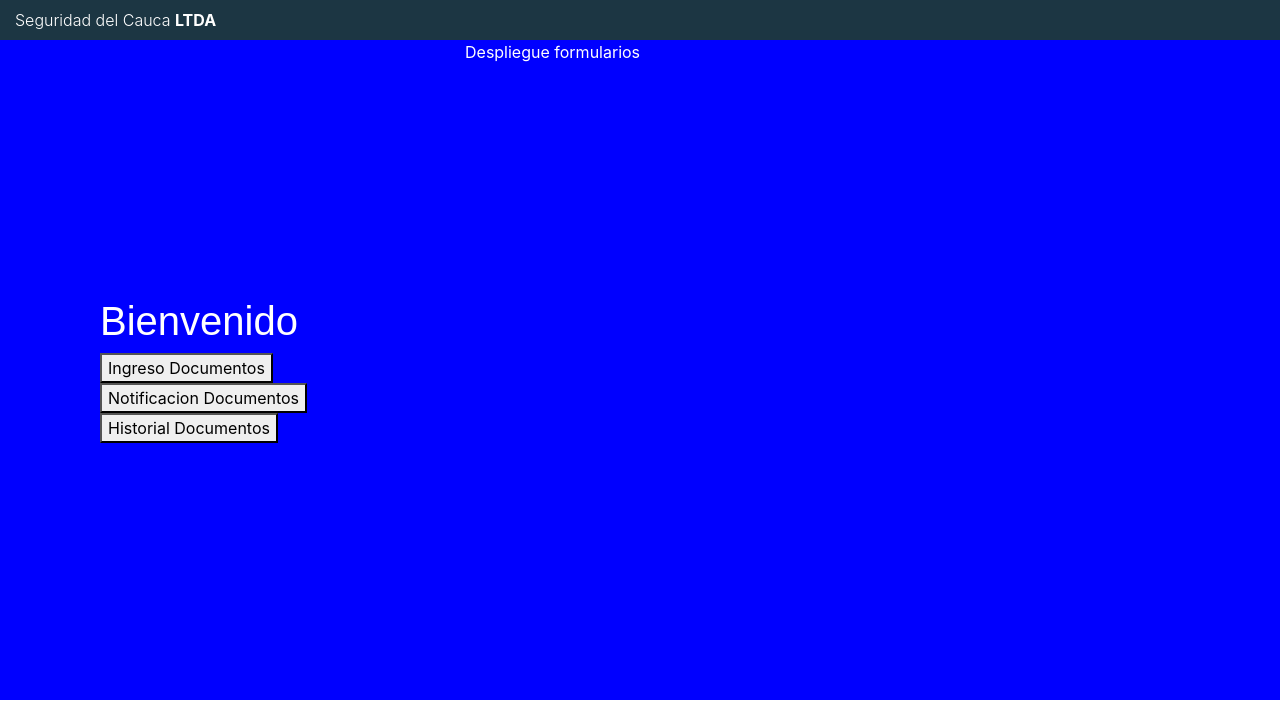
Repository: CristianPalta1/pages_react
Page: /Dashboard
An editor plug-in stored every save of this project. The page is shown before and after a run of saves, followed by the edit.
The browser window is 1280 px wide. The pictures show the whole page.
The project was rebuilt for these pictures with package versions that can differ from the ones it lists, and the page was loaded fresh each time. Also part of the build but not shown: src/components/Forms.jsx, src/pages/Inicio.jsx, src/pages/IngresoDoc.jsx, src/pages/NotifiDoc.jsx, src/components/Registros.jsx, src/components/styles/BadgesList.css, src/components/BadgeList.jsx, src/components/styles/Badges.css and 3 more.

Above is the page before, as saved 2019-08-25 14:20:09.

After the next 2 saves:
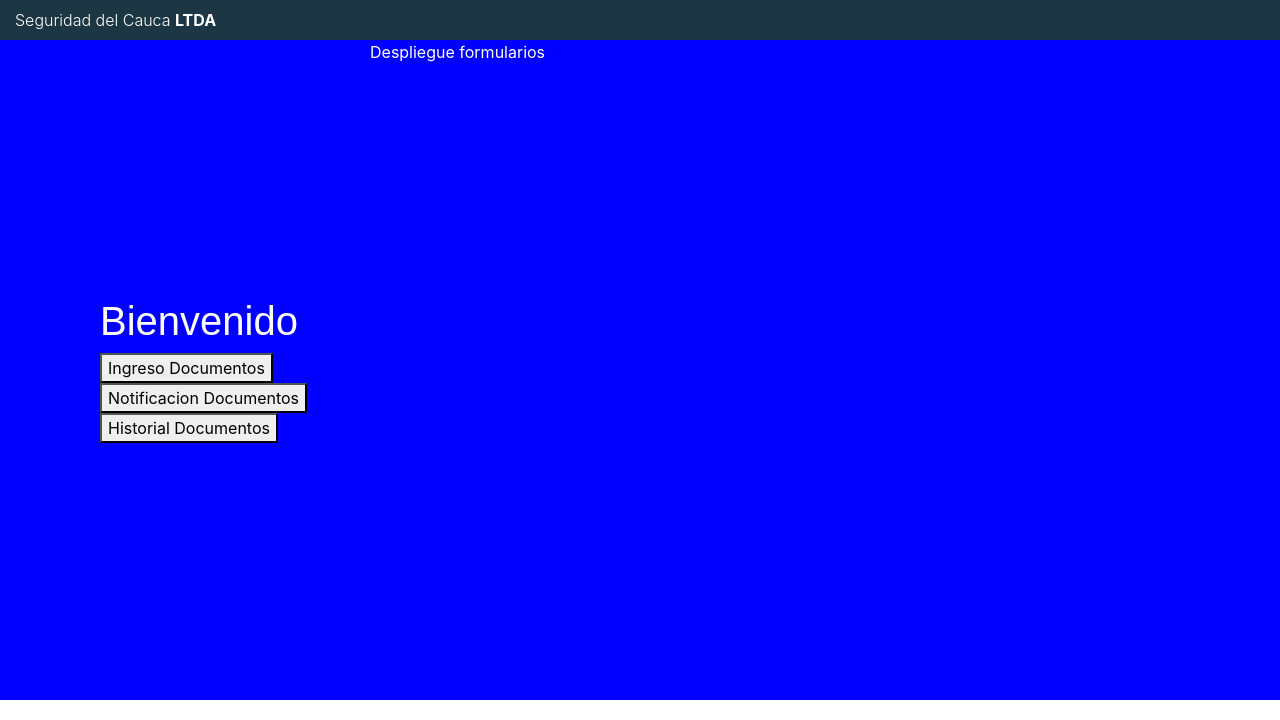
The 2 saves are shown as one change because they came seconds apart.
The last was saved 4 min 11 s later.
--- a/src/pages/Dashboard.jsx
+++ b/src/pages/Dashboard.jsx
@@ -28,10 +28,10 @@ class Dashboard extends Component {
       <div className="Home">
         <div className="container">
           <div className="row">
-            <div className="col-4">
+            <div className="col-3">
               <Container />
             </div>
-            <div className="col-8">Despliegue formularios</div>
+            <div className="col-9">Despliegue formularios</div>
           </div>
         </div>
       </div>
